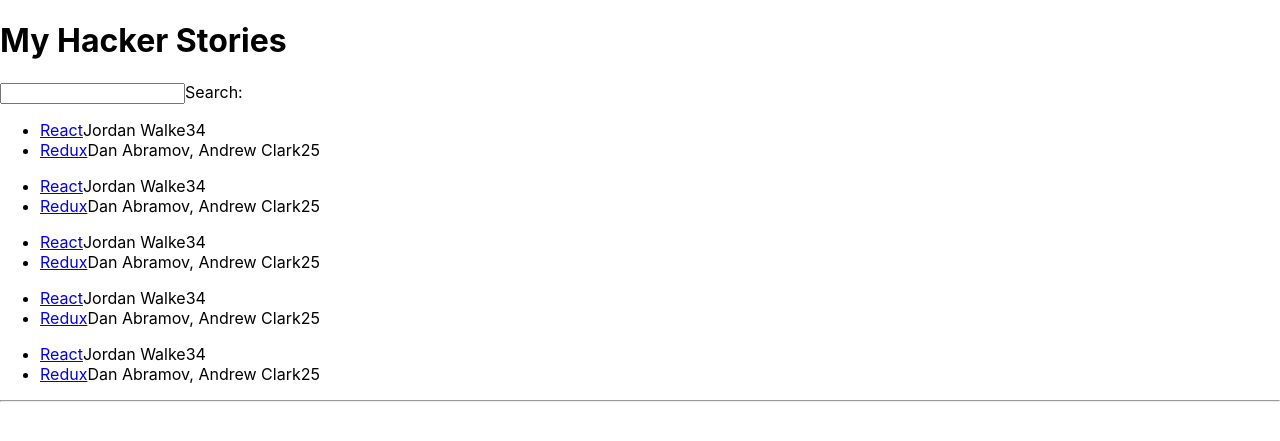
Repository: m-ahmadshaikh/FullStackProjects
Page: / (app in 03-react/hacker-stories/)
The author's editor kept a copy of each file at every save. The page is drawn from the files as they stood at one save, then again after a run of saves.
The browser window is 1280 px wide. The pictures show the whole page.
The project was rebuilt for these pictures with package versions that can differ from the ones it lists, and the page was loaded fresh each time. Also part of the build but not shown: 03-react/hacker-stories/src/App.css.

Above is the page before, as saved 2022-08-24 10:01:20.

### 03-react/hacker-stories/src/index.js
import React from 'react';
import ReactDOM from 'react-dom/client';
import './index.css';
import App from './App';
import reportWebVitals from './reportWebVitals';

const root = ReactDOM.createRoot(document.getElementById('root'));
root.render(
  // eslint-disable-next-line react/jsx-filename-extension
  <React.StrictMode>
    <App />
  </React.StrictMode>,
);

// If you want to start measuring performance in your app, pass a function
// to log results (for example: reportWebVitals(console.log))
// or send to an analytics endpoint. Learn more: https://bit.ly/CRA-vitals
reportWebVitals();

### 03-react/hacker-stories/src/App.jsx
import './App.css';

// const title = 'React';

// eslint-disable-next-line no-unused-vars
const list = [
  {
    title: 'React',
    url: 'https://reactjs.org/',
    author: 'Jordan Walke',
    num_comments: 3,
    points: 4,
    objectID: 0,
  },
  {
    title: 'Redux',
    url: 'https://redux.js.org/',
    author: 'Dan Abramov, Andrew Clark',
    num_comments: 2,
    points: 5,
    objectID: 1,
  },
];
function Item(item) {

}
function List() {
  return (
    <ul>
      {list.map((item) => (
        <li key={item.objectID}>
          <span>
            <a href={item.url}>{item.title}</a>
          </span>
          <span>{item.author}</span>
          <span>{item.num_comments}</span>
          <span>{item.points}</span>
        </li>
      ))}
    </ul>
  );
}
function Search() {
  return (
    <label htmlFor="search">
      <input id="search" type="text" />
      Search:
      {' '}
    </label>
  );
}
function App() {
  return (
    <div>
      <h1>
        My Hacker Stories
      </h1>
      <Search />

      <List />

      <List />
      <List />
      <List />
      <List />

      <hr />
    </div>
  );
}

export default App;

Loaded but not shown: 03-react/hacker-stories/public/index.html (common file); 03-react/hacker-stories/src/index.css (common file); 03-react/hacker-stories/src/reportWebVitals.js (common file)

After the next 7 saves:
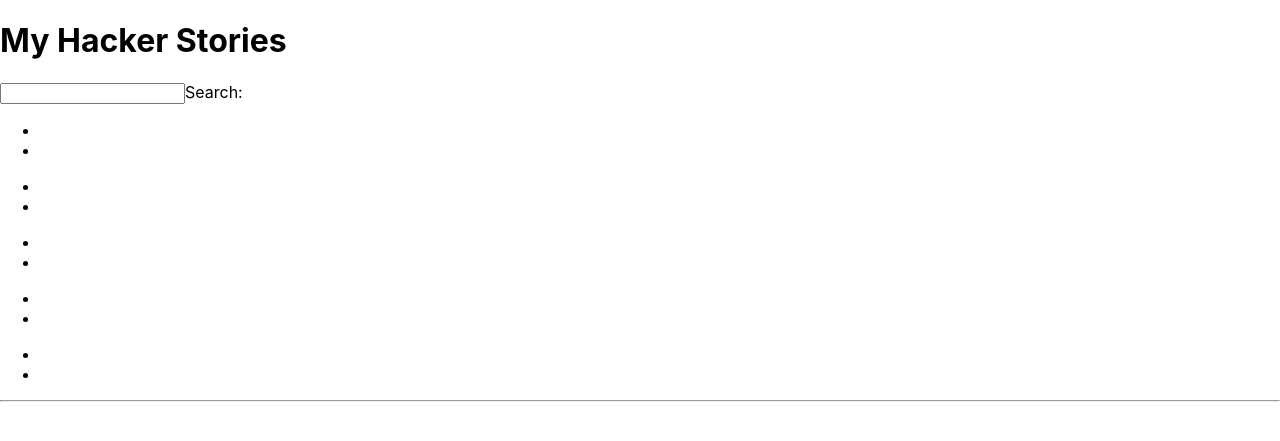
The 7 saves are shown as one change because 2 did not build or start and some came seconds apart.
The last was saved 26 s later.
--- a/03-react/hacker-stories/src/App.jsx
+++ b/03-react/hacker-stories/src/App.jsx
@@ -22,20 +22,20 @@
   },
 ];
 function Item(item) {
-
+return(<li key={item.objectID}>
+  <span>
+    <a href={item.url}>{item.title}</a>
+  </span>
+  <span>{item.author}</span>
+  <span>{item.num_comments}</span>
+  <span>{item.points}</span>
+</li>);
 }
 function List() {
   return (
     <ul>
       {list.map((item) => (
-        <li key={item.objectID}>
-          <span>
-            <a href={item.url}>{item.title}</a>
-          </span>
-          <span>{item.author}</span>
-          <span>{item.num_comments}</span>
-          <span>{item.points}</span>
-        </li>
+        <Item item='item'/>
       ))}
     </ul>
   );
